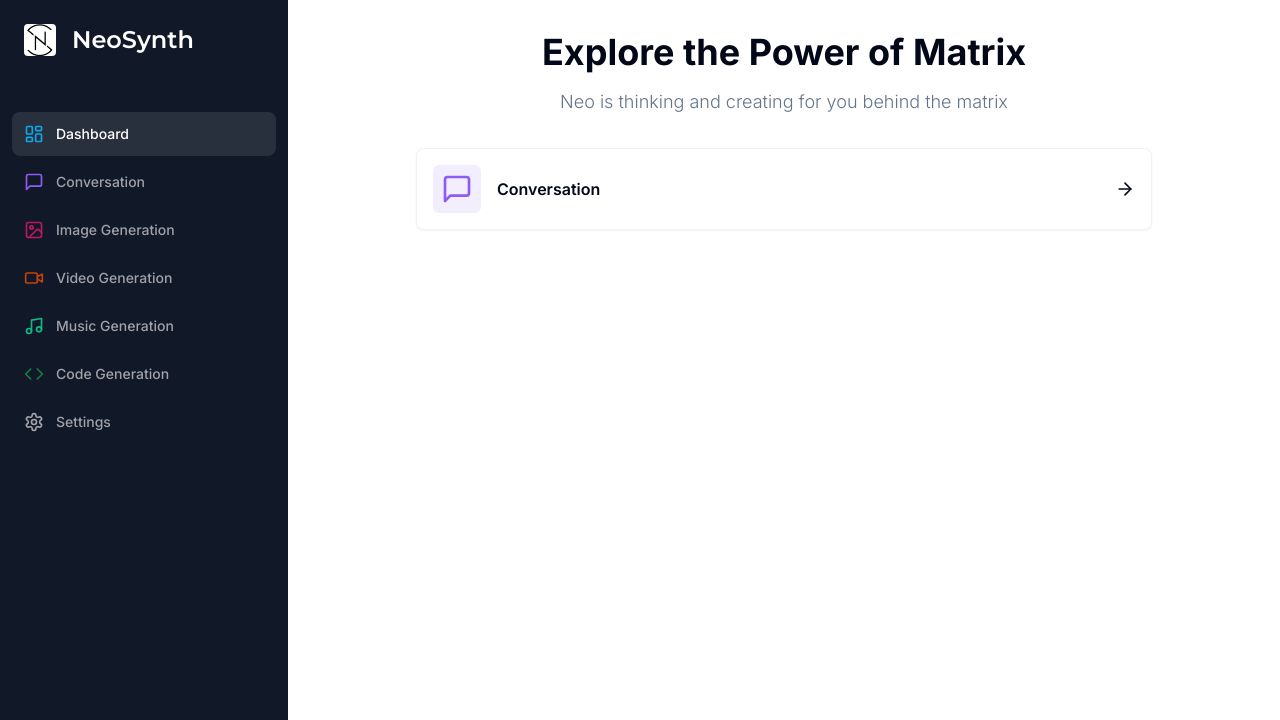
Repository: tathagat22/NeoSynth
Page: /dashboard
The author's editor kept a copy of each file at every save. The page is drawn from the files as they stood at one save, then again after the next save.
The browser window is 1280 px wide. The pictures show the whole page.
The page's requests for data from a server got no answer. The project was rebuilt for these pictures with package versions that can differ from the ones it lists, and the page was loaded fresh each time. Some packages were replaced by stand-ins written for this rebuild. The framework's server and built-in components were replaced by stand-ins that run in the browser. No one was signed in, and anything a server would have sent is missing. Also part of the build but not shown: next.config.js.

Above is the page before, as saved 2023-08-26 18:55:34.

After the next save:
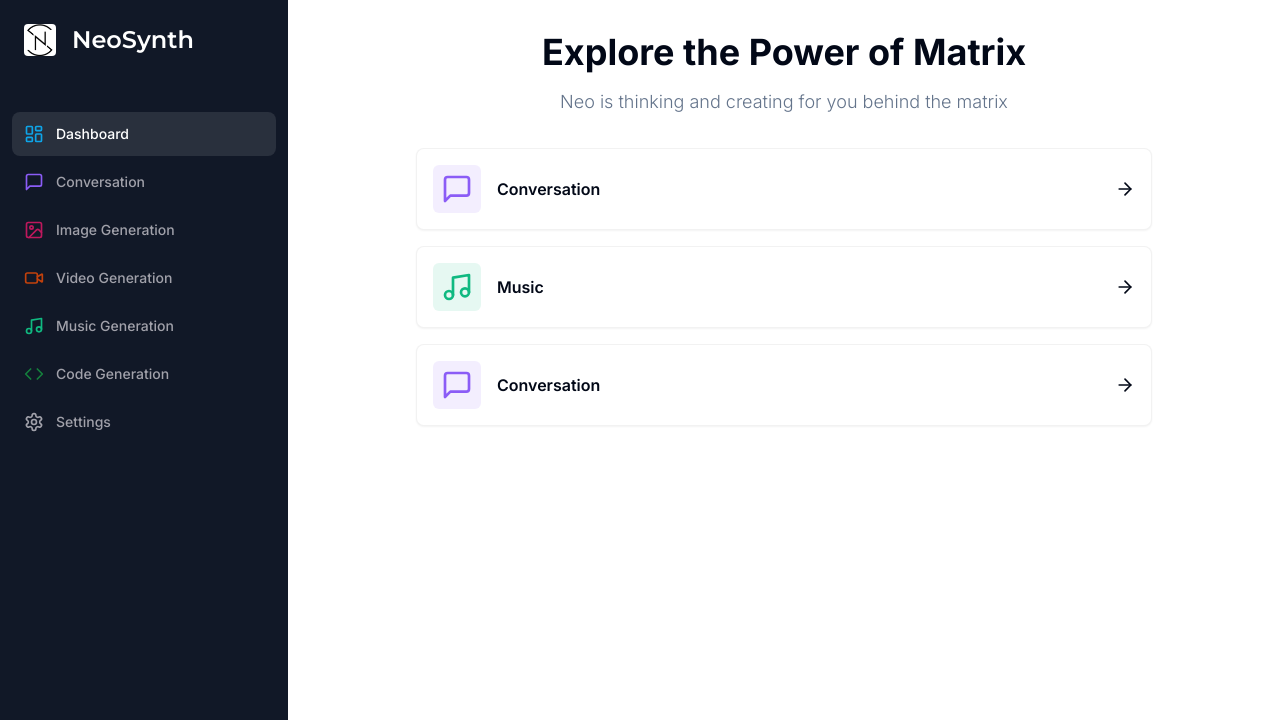
Saved 60 s later.
--- a/app/(dashboard)/(routes)/dashboard/page.tsx
+++ b/app/(dashboard)/(routes)/dashboard/page.tsx
@@ -2,9 +2,23 @@
 
 import { Card } from "@/components/ui/card";
 import { cn } from "@/lib/utils";
-import { ArrowRight, MessageSquare } from "lucide-react";
+import { ArrowRight, MessageSquare, Music } from "lucide-react";
 
 const tools = [
+  {
+    label: " Conversation",
+    icon: MessageSquare,
+    color: "text-violet-500",
+    bgColor: "bg-violet-500/10",
+    href: "/conversation",
+  },
+  {
+    label: "Music",
+    icon: Music,
+    color: "text-emerald-500",
+    bgColor: "bg-emerald-500/10",
+    href: "/music",
+  },
   {
     label: " Conversation",
     icon: MessageSquare,
